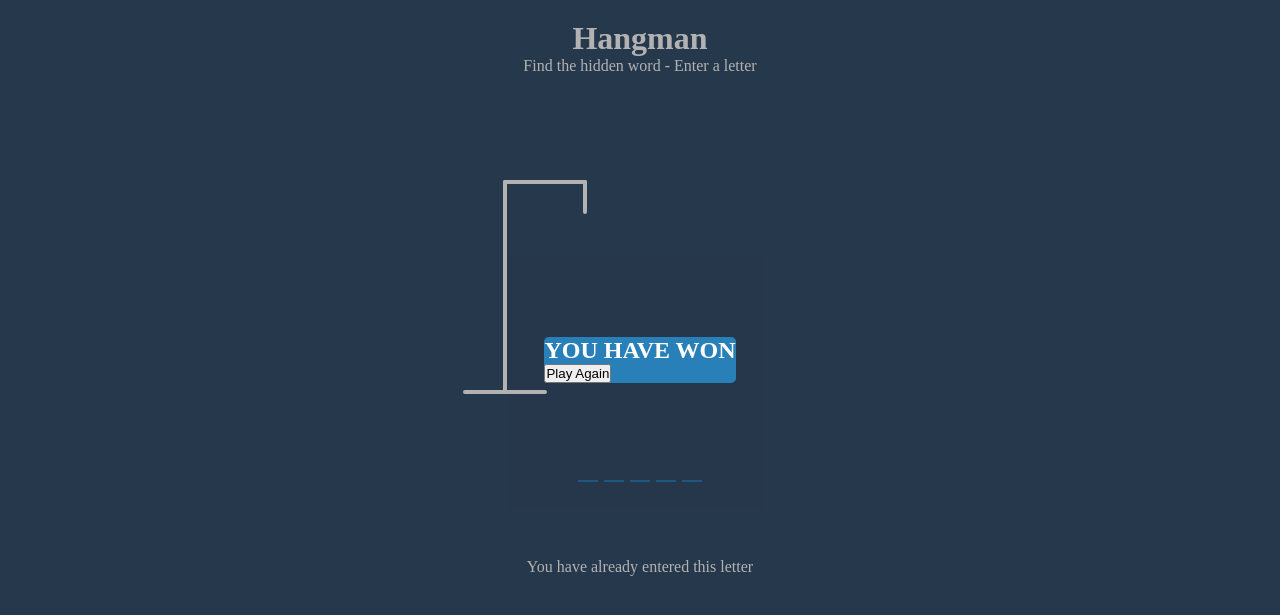
Repository: CAMPSLOPY/HangMan
Page: index.html
An editor plug-in stored every save of this project. The page is shown before and after a run of saves, followed by the edit.
The browser window is 1280 px wide. The pictures show the whole page.
Some web fonts or font styles are not loaded; a fallback is used.

Above is the page before, as saved 2021-01-26 15:40:25.

After the next 2 saves:
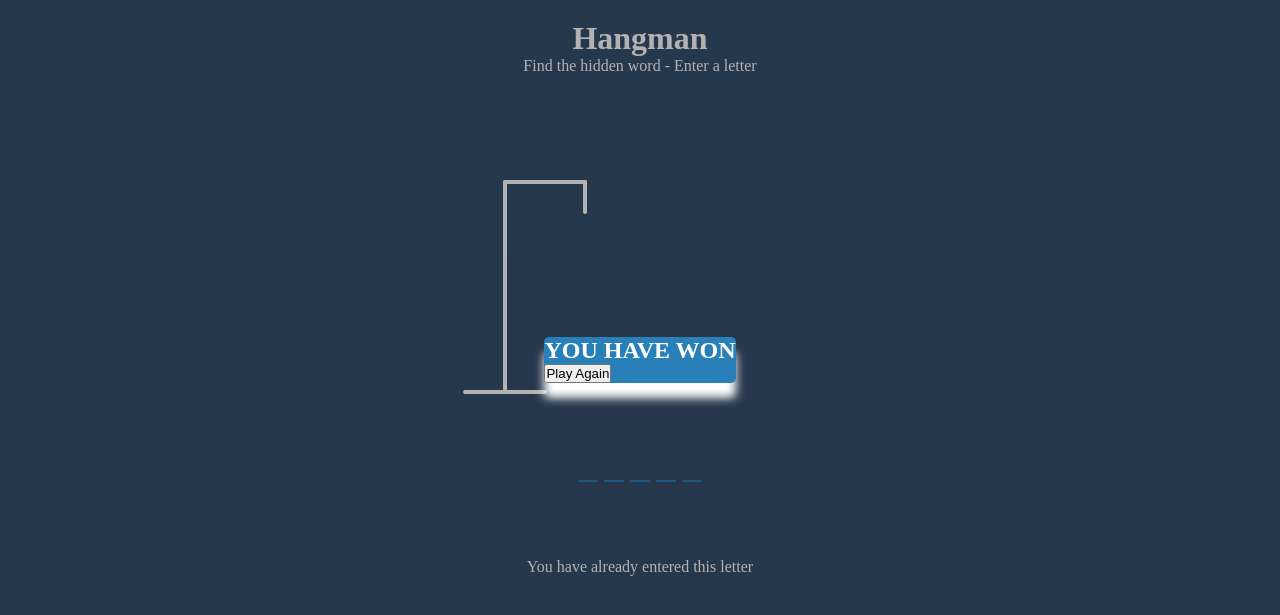
The 2 saves are shown as one change because they came seconds apart.
The last was saved 5 s later.
--- a/styles.css
+++ b/styles.css
@@ -84,5 +84,5 @@
 .popup{
   background-color: #2980b9;
   border-radius: 5px;
-  box-shadow: 0;
+  box-shadow: 0 15px 10px ;
 }

After the save that followed:
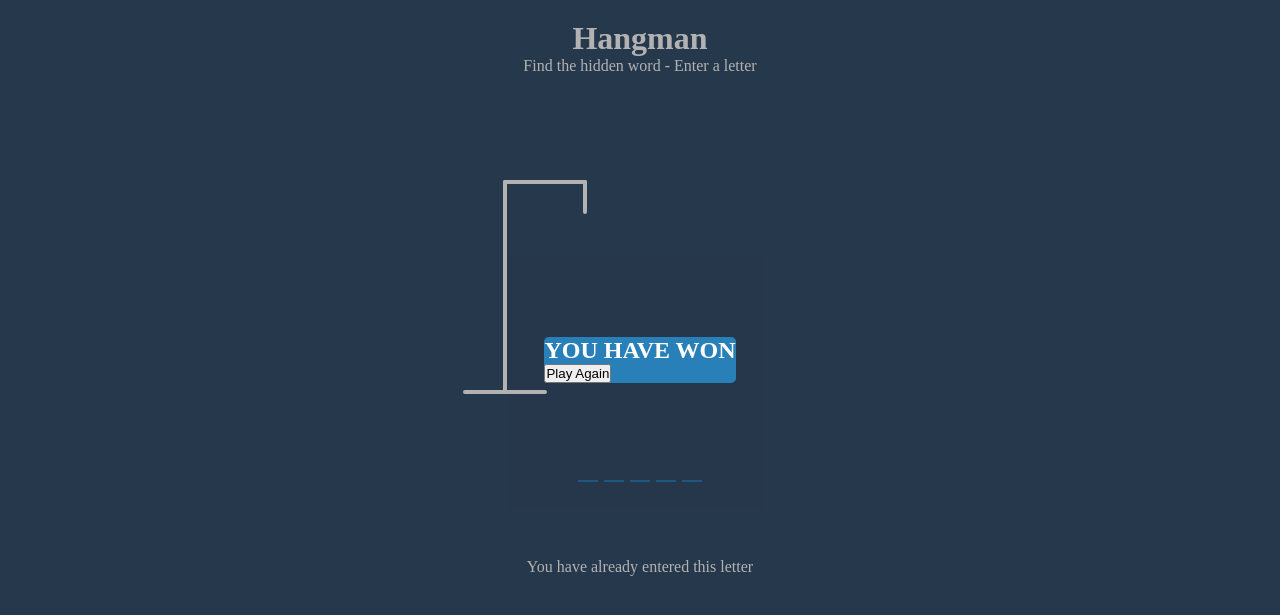
Saved 22 s later.
--- a/styles.css
+++ b/styles.css
@@ -84,5 +84,5 @@
 .popup{
   background-color: #2980b9;
   border-radius: 5px;
-  box-shadow: 0 15px 10px ;
+  box-shadow: 0 15px 10px rgba(red, green, blue, alpha);
 }
